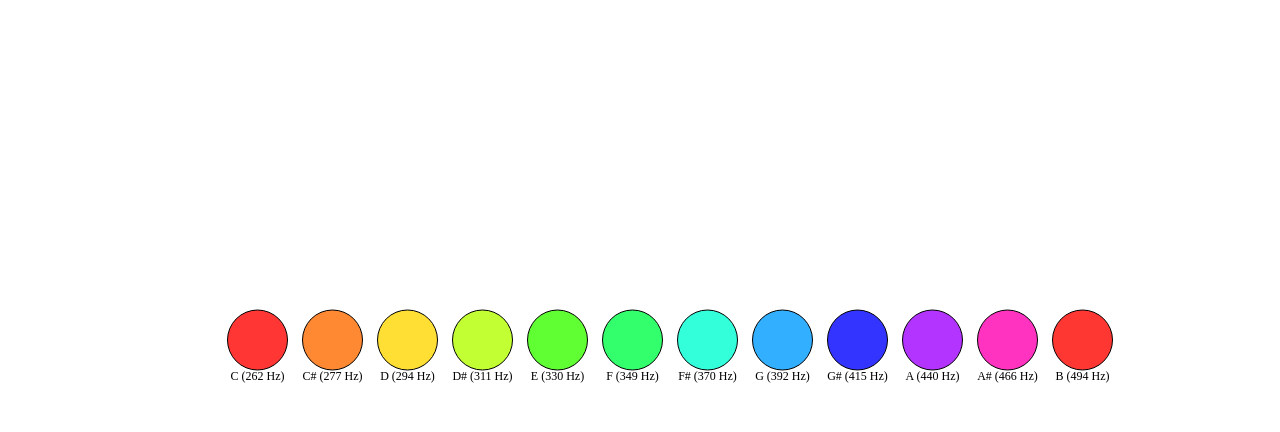
Repository: studiorichie/richielau.com
Page: assets/sound-to-color.html
An editor plug-in stored every save of this project. The page is shown before and after the next save, followed by the edit.
The browser window is 1280 px wide. The pictures show the whole page.

Above is the page before, as saved 2024-11-06 19:53:27.

After the next save:
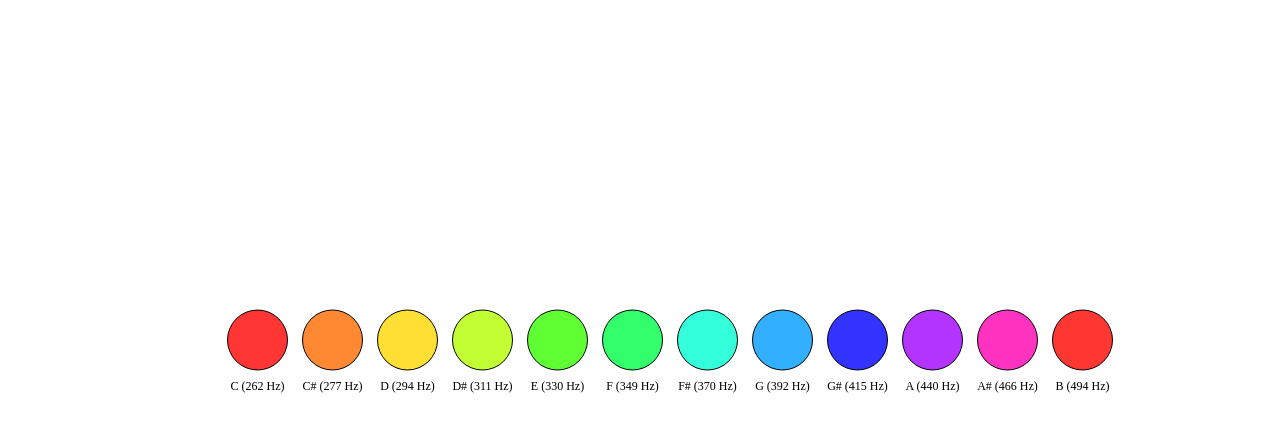
Saved 52 s later.
--- a/assets/sound-to-color.html
+++ b/assets/sound-to-color.html
@@ -200,7 +200,7 @@
             d3.select("#chart")
                 .selectAll(".label")
                 .attr("x", (d, i) => (i % circlesPerRow) * (circleRadius * 2 + padding) + circleRadius)
-                .attr("y", (d, i) => Math.floor(i / circlesPerRow) * (circleRadius * 2 + padding) + circleRadius + 40);
+                .attr("y", (d, i) => Math.floor(i / circlesPerRow) * (circleRadius * 2 + padding) + circleRadius + 50);
         }
 
         // Call adjustCircleLayout on page load and resize
